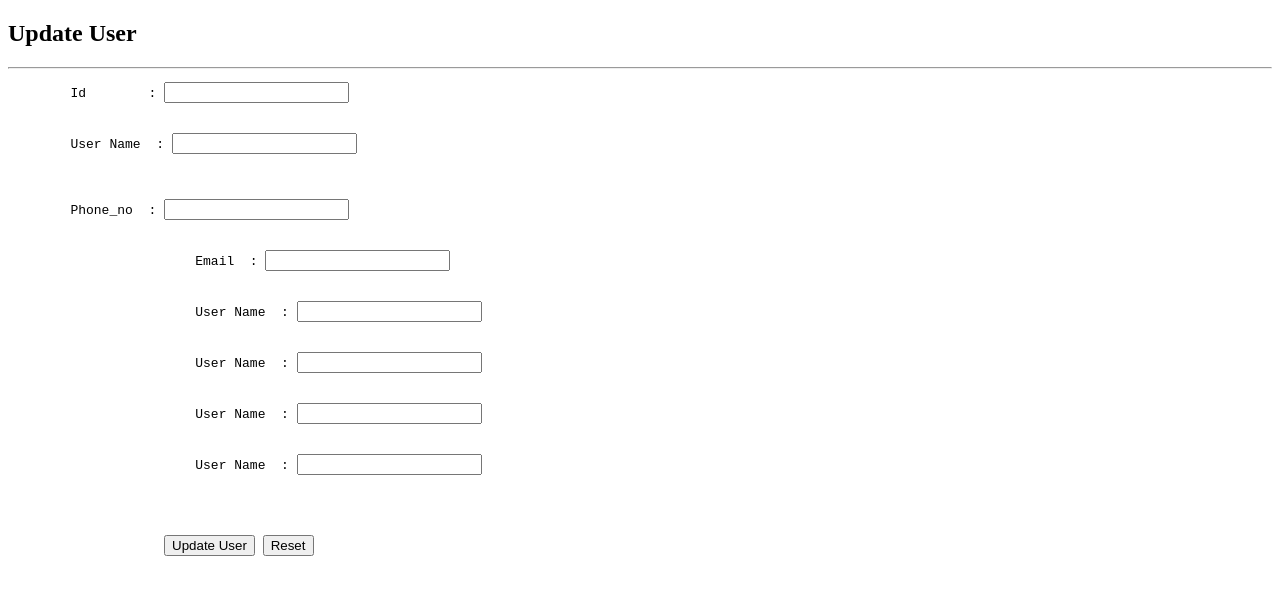
Repository: rathorea439/eLearning
Page: http://localhost/eLearing-springMVC/WEB-INF/views/update-user.jsp
The author's editor kept a copy of each file at every save. The page is drawn from the files as they stood at one save, then again after the next save.
The browser window is 1280 px wide. The pictures show the whole page.
The page is served by Tomcat 9. Nobody is signed in. Other server files are loaded and not shown. The template is opened directly, without the code that normally fills it, so the values that code supplies are empty.

Above is the page before, as saved 2021-07-26 16:04:16.

### eLearing-springMVC/src/main/webapp/WEB-INF/views/update-user.jsp
<%@ page language="java" contentType="text/html; charset=ISO-8859-1"
	pageEncoding="ISO-8859-1"%>
<%@ taglib uri="http://java.sun.com/jsp/jstl/core" prefix="c"%>
<%@ taglib uri="http://www.springframework.org/tags/form" prefix="form"%>
<%@ page isELIgnored="false" %>

<!DOCTYPE html>
<html>
<head>
<meta charset="ISO-8859-1">
<title>Update User Form</title>
</head>
<body>
	<h2>Update User</h2>
	<hr>
	<c:url var="updateUrl" value="/update-user"></c:url>
	<form:form action="${updateUrl }" method="post" modelAttribute="user">
		<pre>
        Id        : <form:input path="user_id" readonly="true" />
			<br>
        User Name  : <form:input path="name" />
			<br>

        Phone_no  : <form:input path="phone_no" />
			<br>
			Email  : <form:input path="email" />
			<br>
			User Name  : <form:input path="address" />
			<br>
			User Name  : <form:input path="reg_date" />
			<br>
			User Name  : <form:password path="password" />
			<br>
			User Name  : <form:input path="upload_photo" />
			<br>


                    <input type="submit" value="Update User" /> <input
				type="reset" value="Reset" />
        </pre>
	</form:form>
</body>
</html>

After the next save:
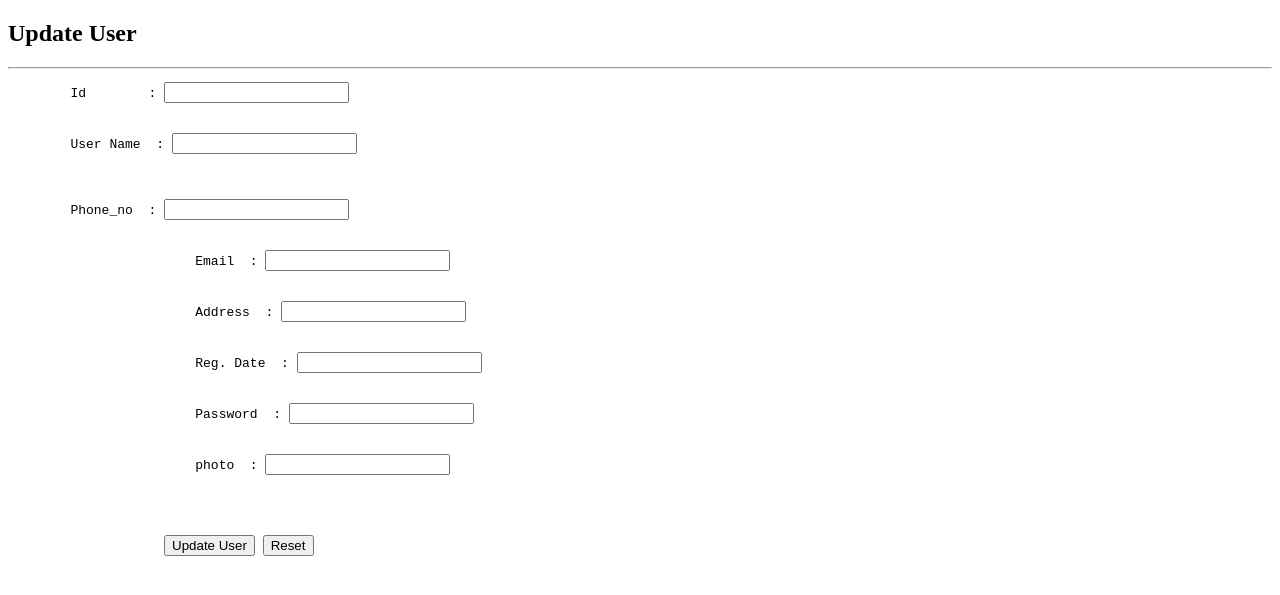
Saved 32 s later.
--- a/eLearing-springMVC/src/main/webapp/WEB-INF/views/update-user.jsp
+++ b/eLearing-springMVC/src/main/webapp/WEB-INF/views/update-user.jsp
@@ -25,13 +25,13 @@
 			<br>
 			Email  : <form:input path="email" />
 			<br>
-			User Name  : <form:input path="address" />
+			Address  : <form:input path="address" />
 			<br>
-			User Name  : <form:input path="reg_date" />
+			Reg. Date  : <form:input path="reg_date" />
 			<br>
-			User Name  : <form:password path="password" />
+			Password  : <form:password path="password" />
 			<br>
-			User Name  : <form:input path="upload_photo" />
+			photo  : <form:input path="upload_photo" />
 			<br>
 
 
